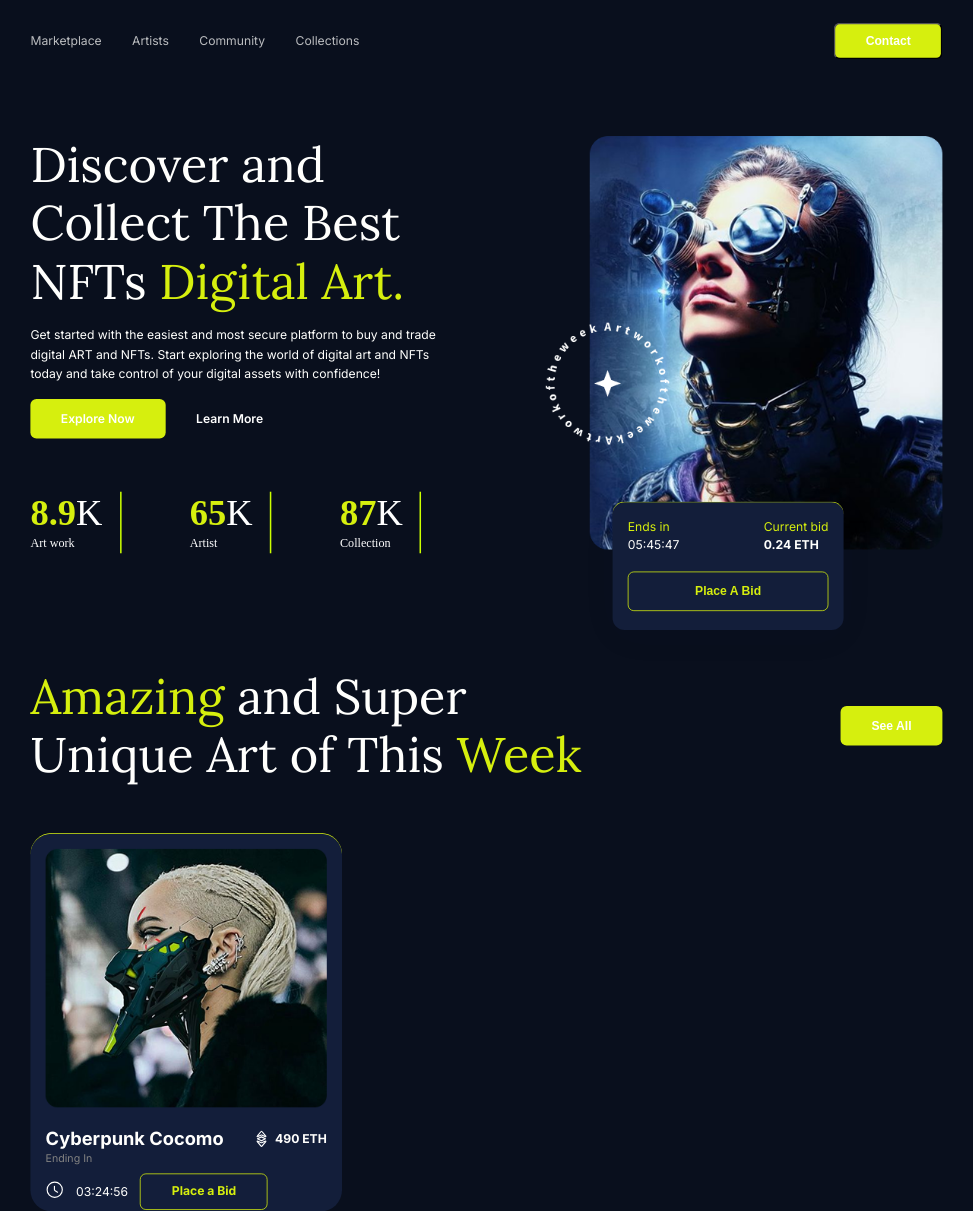
Repository: Kamron5505/NftMarketplace
Page: index.html
These files come from the project's save history. The page is drawn as it stood at one moment and after a run of saves; the edit follows.
The browser window is 1280 px wide. The pictures show the whole page, at 76% of full size.

Above is the page before, as saved 2025-07-09 14:06:52.

After the next 2 saves:
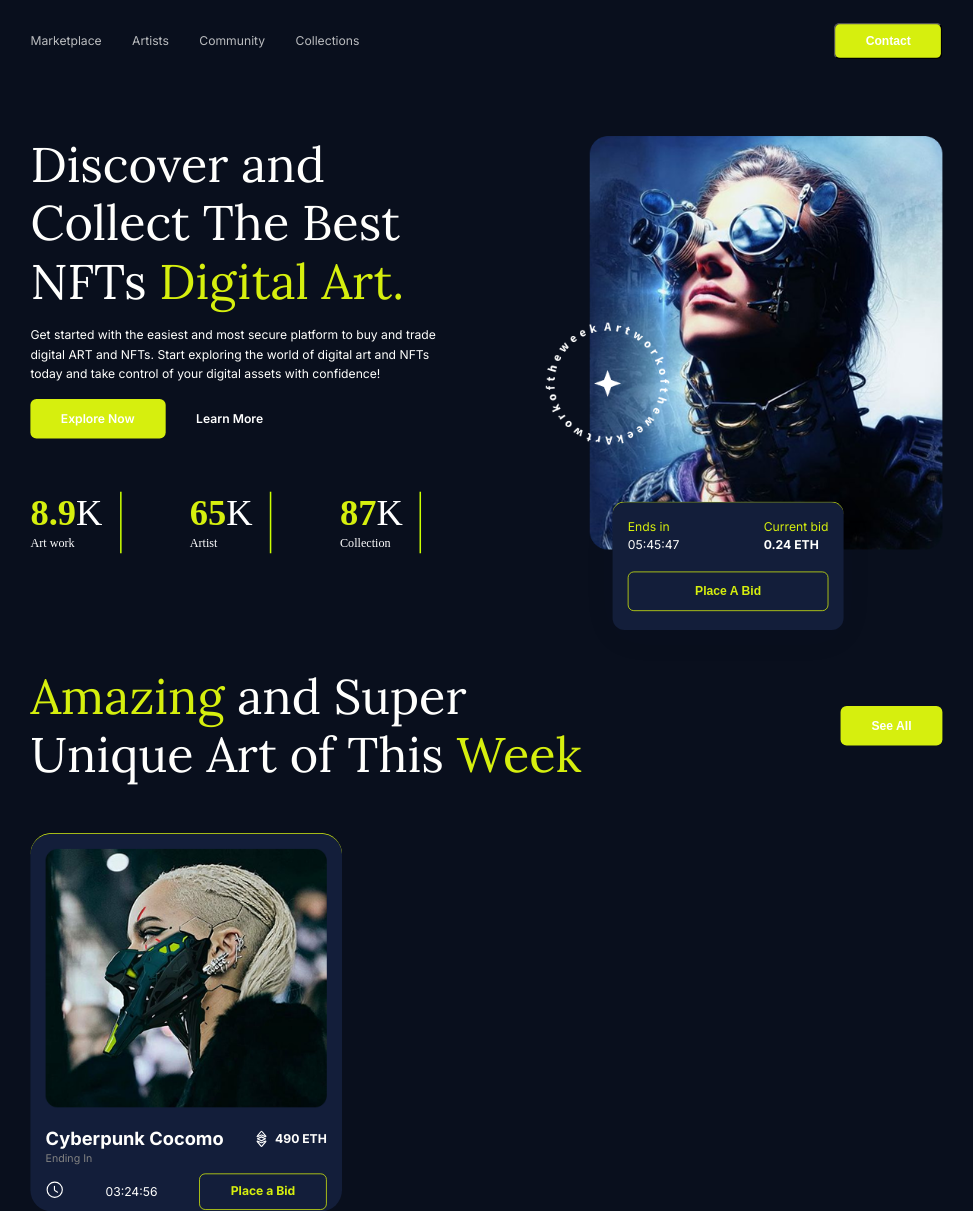
The 2 saves are shown as one change because they came seconds apart.
The last was saved 17 s later.
--- a/style.css
+++ b/style.css
@@ -331,7 +331,7 @@
 .art-card__time-row {
     display: flex;
     align-items: center;
-    gap: 16px;
+    justify-content: space-between;
     /* Расстояние между элементами, можешь изменить */
     margin-top: 8px;
     /* немного отступа после "Ending In" */

After the 2 saves that followed:
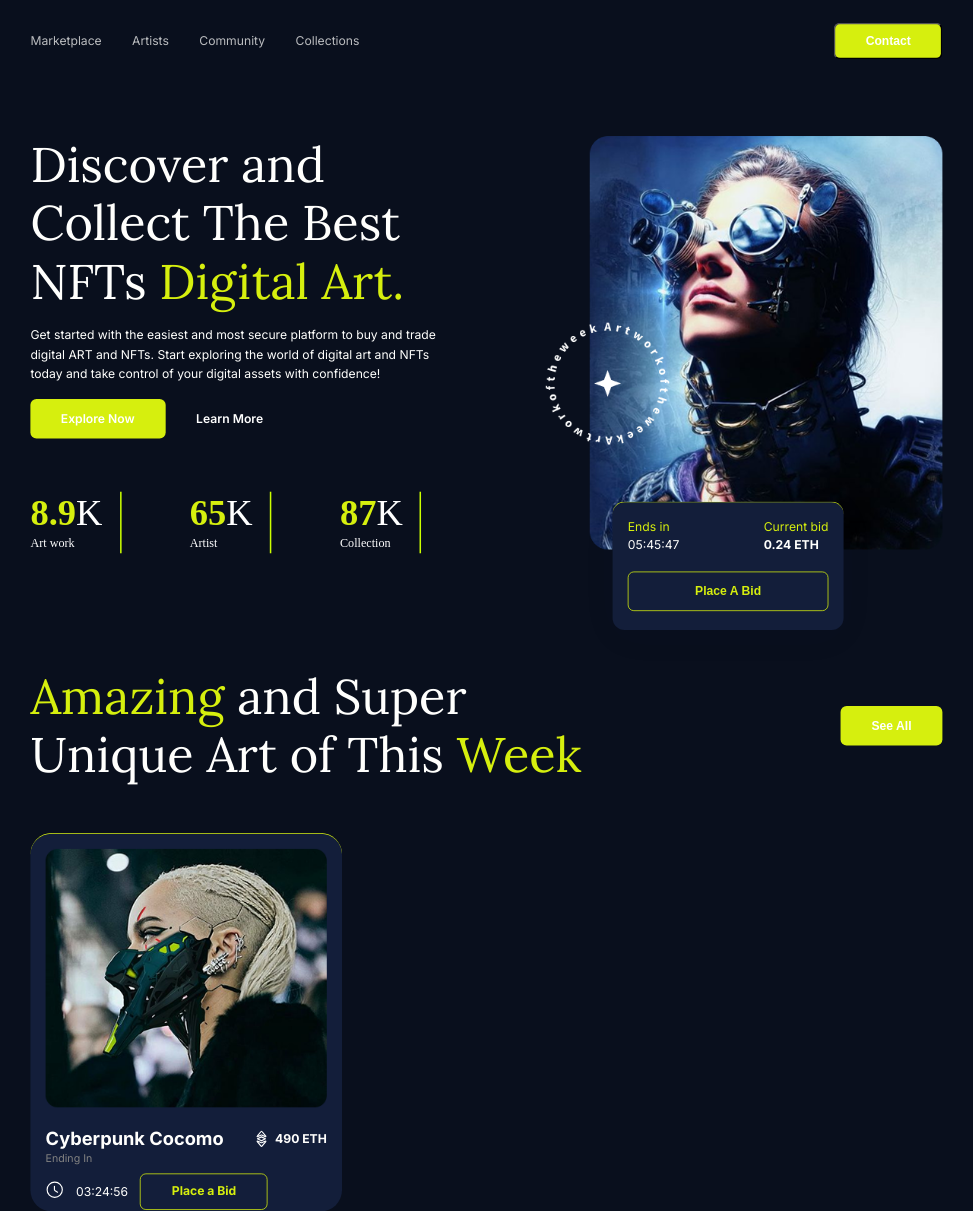
The 2 saves are shown as one change because 1 left the picture as it was.
The last was saved 9 s later.
--- a/style.css
+++ b/style.css
@@ -331,7 +331,7 @@
 .art-card__time-row {
     display: flex;
     align-items: center;
-    justify-content: space-between;
+    gap: 16px;
     /* Расстояние между элементами, можешь изменить */
     margin-top: 8px;
     /* немного отступа после "Ending In" */
